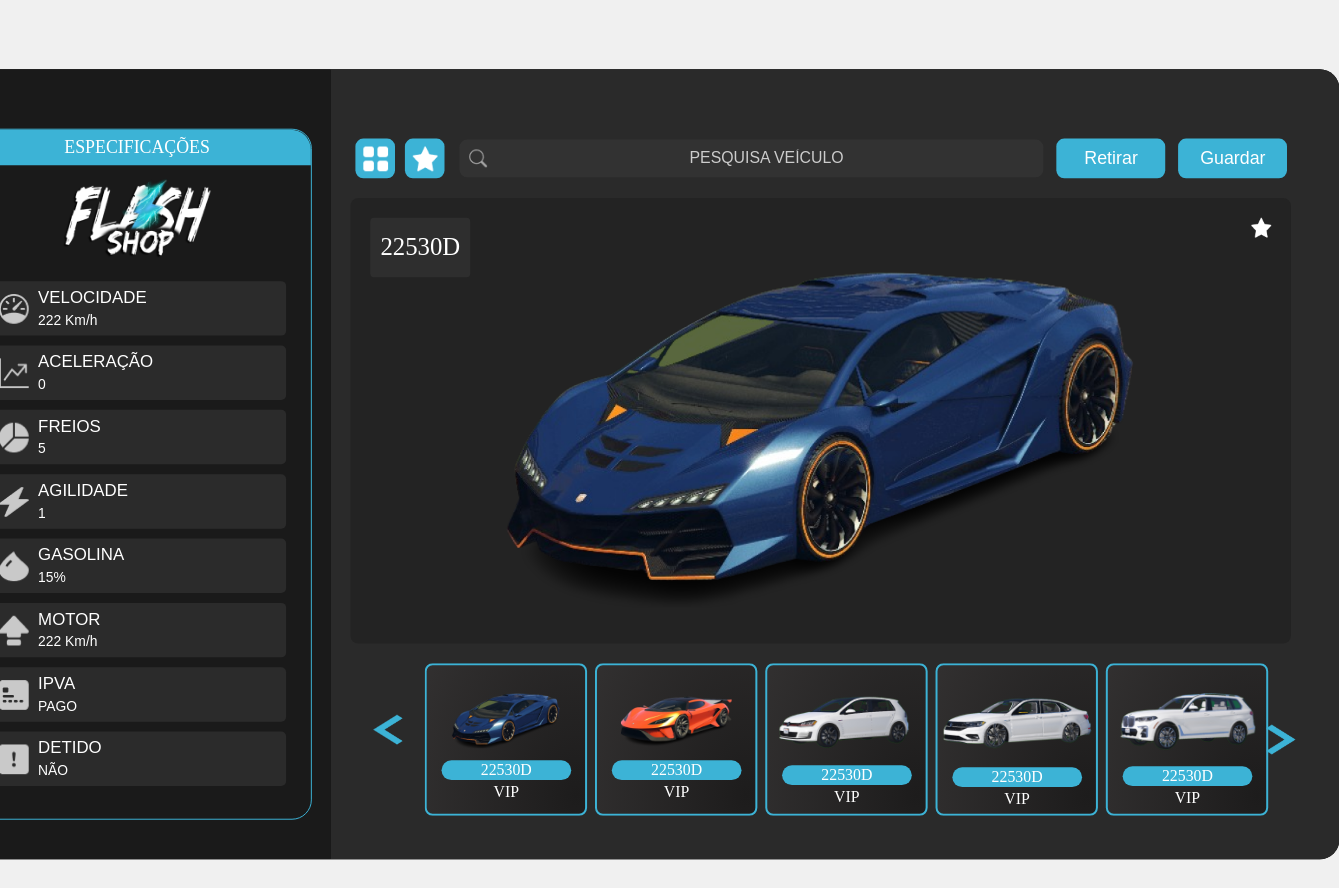
Repository: DuMCorrea/Garagem
Page: index.html
An editor plug-in stored every save of this project. The page is shown before and after a run of saves, followed by the edit.
The browser window is 1280 px wide. The page is 1353 px wide, so the pictures cover 1353 px, including what lies to the right of the window. The pictures show the whole page, at 99% of full size.
Some web fonts or font styles are not loaded; a fallback is used.

Above is the page before, as saved 2024-08-22 19:57:00.

After the next 3 saves:
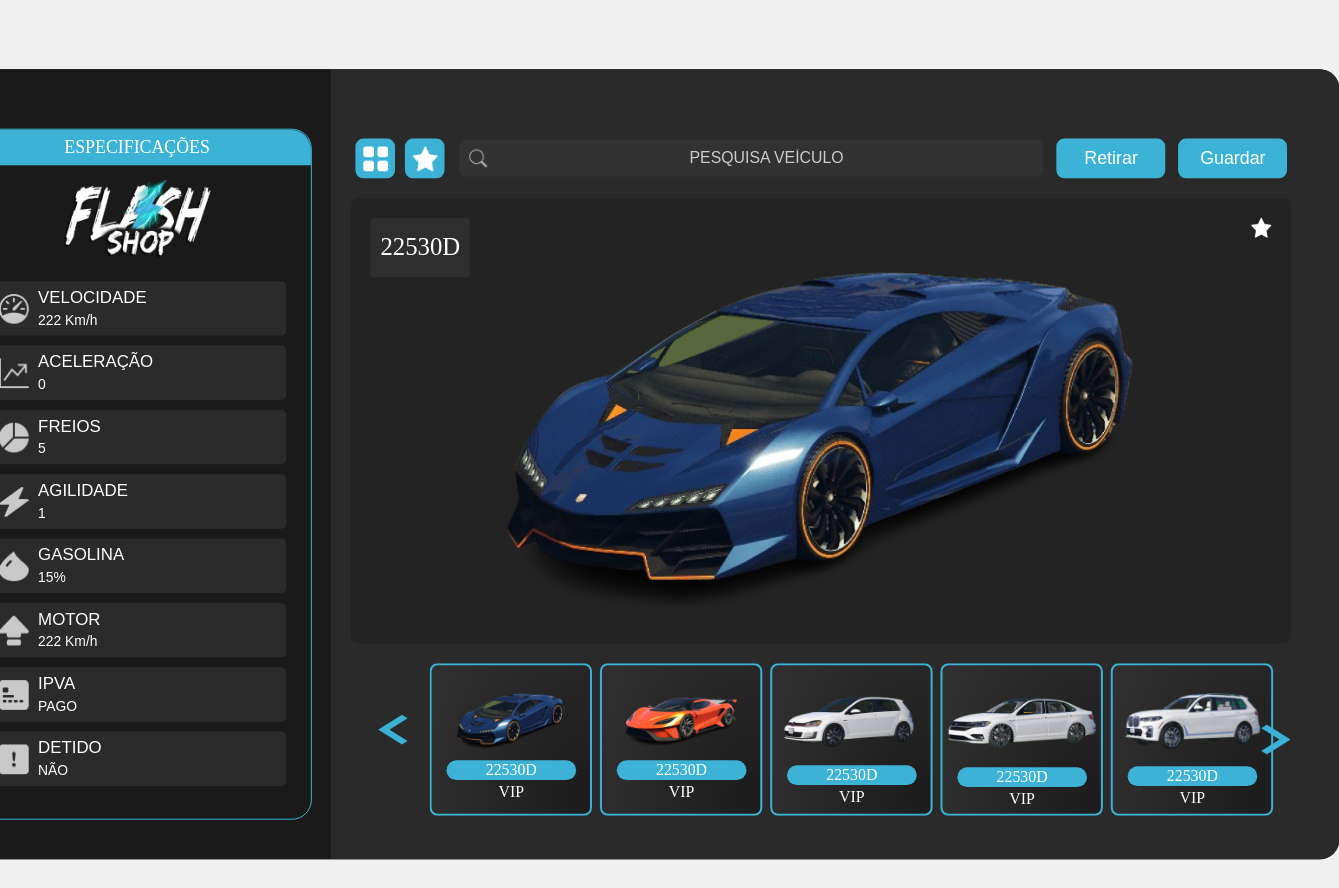
The 3 saves are shown as one change because they came seconds apart.
The last was saved 10 s later.
--- a/styles.css
+++ b/styles.css
@@ -407,7 +407,7 @@
     height: 30px;
     cursor: pointer; /* Indica que a seta é clicável */
     align-self: center; /* Centraliza verticalmente a seta em relação aos cards */
-    margin-left: -10px; /* Espaçamento entre a seta e o último card */
+    margin-left: -20px; /* Espaçamento entre a seta e o último card */
 }
 /* Estilo para a nova seção de cards */
 .fundo-cards {
